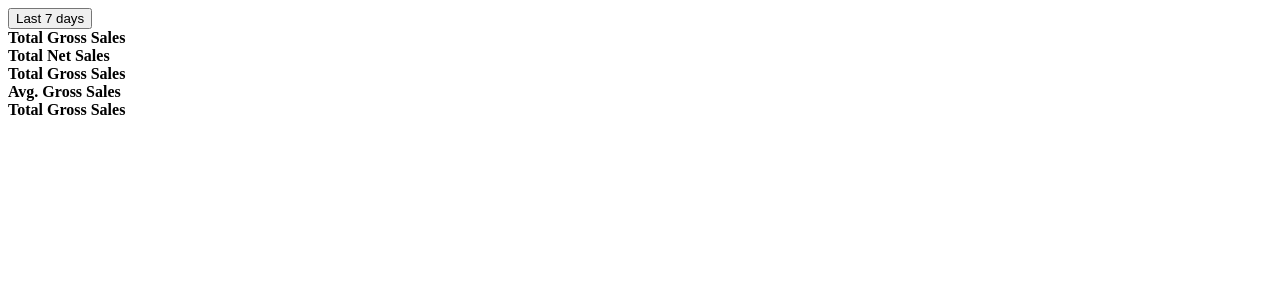
Repository: quockhuongtrann/Ecommerce-Website-With-Spring-Framework
Page: http://localhost/reports/sales_report_by_date
The author's editor kept a copy of each file at every save. The page is drawn from the files as they stood at one save, then again after the next save.
The browser window is 1280 px wide. The pictures show the whole page.
The page is this project's Thymeleaf template; nobody is signed in. The template is opened directly, without the code that normally fills it, so the values that code supplies are empty.

Above is the page before, as saved 2023-01-18 09:19:51.

After the next save:
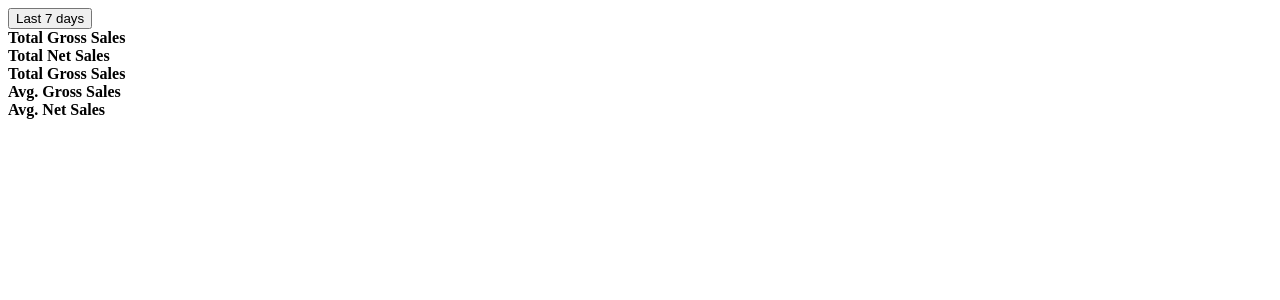
Saved 18 s later.
--- a/ShopTqkProject/ShopTqkWebParent/ShopTqkBackend/src/main/resources/templates/reports/sales_report_by_date.html
+++ b/ShopTqkProject/ShopTqkWebParent/ShopTqkBackend/src/main/resources/templates/reports/sales_report_by_date.html
@@ -49,9 +49,9 @@
 
 		<div class="col-2-sm">
 			<div class="card">
-				<div class="card-header"><b>Total Gross Sales</b></div>
+				<div class="card-header"><b>Avg. Net Sales</b></div>
 				<div class="card-body">
-					<span class="h3" id="textTotalGrossSales"></span>
+					<span class="h3" id="textAvgNetSales"></span>
 				</div>
 			</div>
 		</div>
